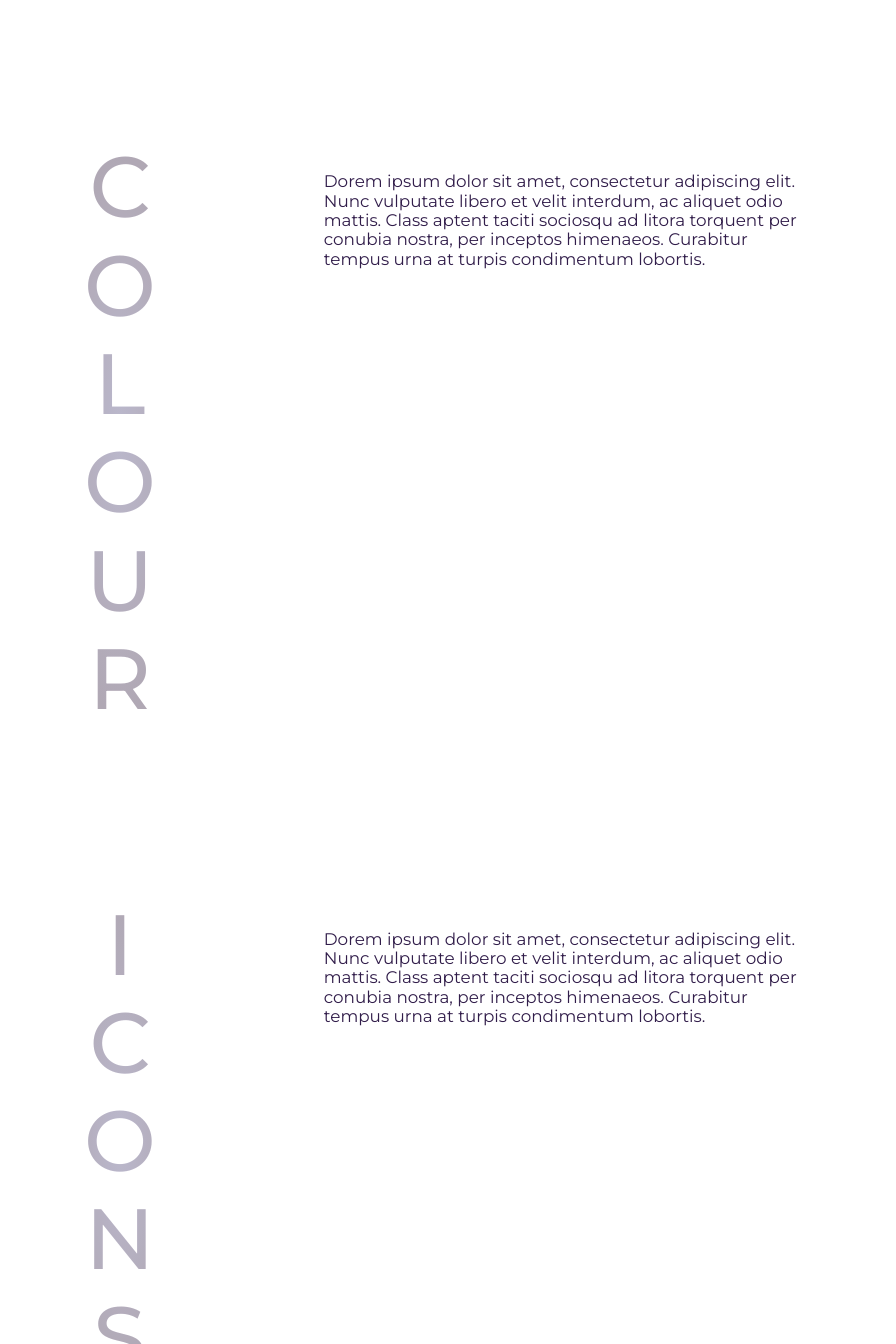
Repository: sierralaurent/Styleguide-Big_Project
Page: visuals.html
An editor plug-in stored every save of this project. The page is shown before and after the next save, followed by the edit.
The browser window is 1280 px wide. The pictures show the part of the page from y = 865 to 2785 px (the page is 3164 px tall before and 3304 px after), at 70% of full size.
Some web fonts or font styles are not loaded; a fallback is used.

Above is the page before, as saved 2023-03-10 13:10:08.

After the next save:
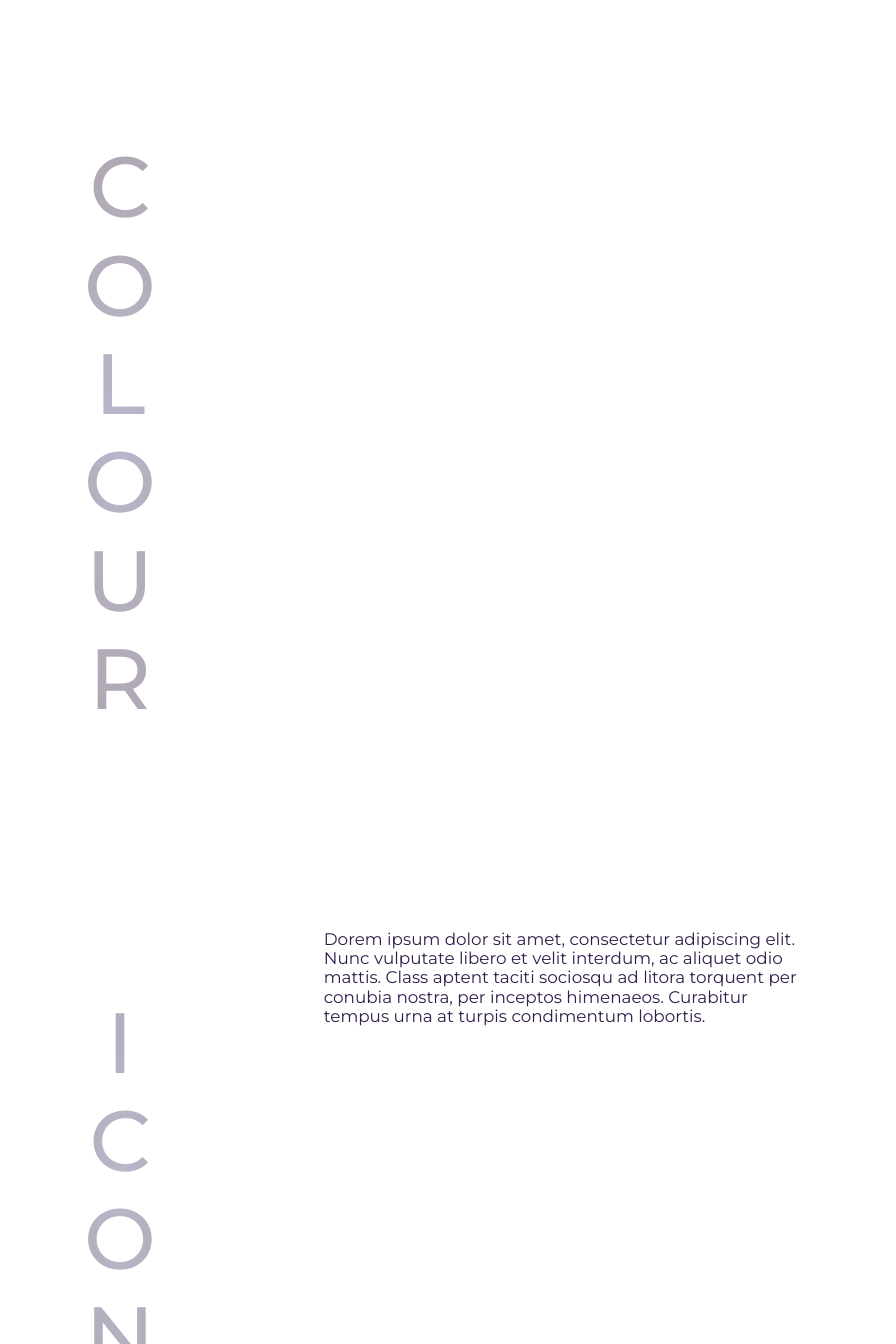
Saved 16 min 6 s later.
--- a/visuals.html
+++ b/visuals.html
@@ -69,16 +69,13 @@
             <span>R</span>
             <br />
           </p>
-          <p class="home-text17 body">
-            Dorem ipsum dolor sit amet, consectetur adipiscing elit. Nunc
-            vulputate libero et velit interdum, ac aliquet odio mattis. Class
-            aptent taciti sociosqu ad litora torquent per conubia nostra, per
-            inceptos himenaeos. Curabitur tempus urna at turpis condimentum
-            lobortis.
-          </p>
+          <div class="home-text17 body">
+           <br />
+          </div>
         </div>
         <div class="home-container3">
             <p class="home-text03 sidetitle">
+                <br />
               <span>I</span>
               <br />
               <span>C</span>
